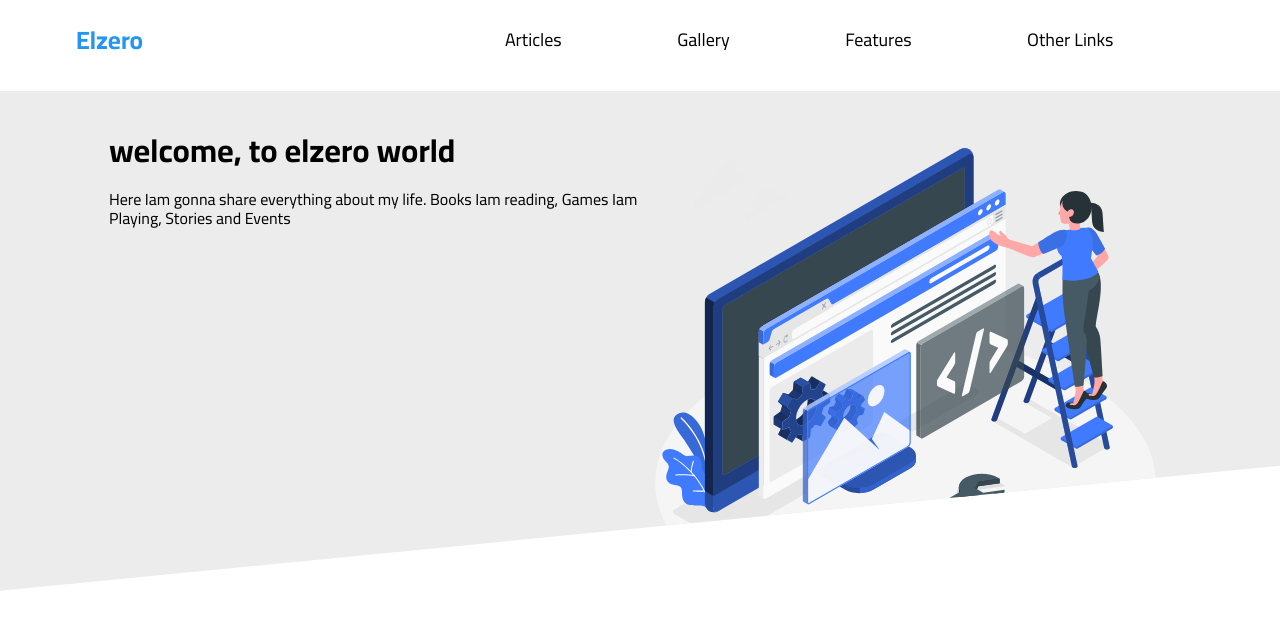
Repository: Toqa-25/elzeroAcdemey-Templete
Page: index.html
These files come from the project's save history. The page is drawn as it stood at one moment and after the next save; the edit follows.
The browser window is 1280 px wide. The pictures show the whole page.

Above is the page before, as saved 2022-01-16 21:21:30.

### index.html
<!DOCTYPE html>
<html lang="en">
<head>
    <meta charset="UTF-8">
    <meta http-equiv="X-UA-Compatible" content="IE=edge">
    <meta name="viewport" content="width=device-width, initial-scale=1.0">
    <!-- normalize file -->
    <link rel="stylesheet" href="css/normalize.css">
    <!-- css files -->
    <link rel="stylesheet" href="css/style.css">
    <!-- fontAwosem file -->
    <link rel="stylesheet" href="css/all.min.css">
     <!-- font files -->
     <link rel="preconnect" href="https://fonts.googleapis.com">
    <link rel="preconnect" href="https://fonts.gstatic.com" crossorigin>
    <link href="https://fonts.googleapis.com/css2?family=Cairo:wght@200;400;700;800;900&display=swap" rel="stylesheet">
    <!-- page title -->
    <title>templete 3</title>
</head>
<body>
    <!-- header section -->
    <header id="" class="">
        <div class="container">
            <div class="header-content">
                <div class="header-content-logo">
                    <a href="index.html" class="logo link-none">Elzero</a>
                </div>
                <nav>
                    <ul class="nav-list unlist">
                        <li class="nav-list-item"> <a href="" class="link-none  link-style" id="articles">articles</a></li>
                        <li class="nav-list-item"> <a href="" class="link-none  link-style" id="gallery">gallery</a></li>
                        <li class="nav-list-item"> <a href="" class="link-none  link-style" id="features">features</a></li>
                        <li class="nav-list-item" id="parent-other-links"> <a href="javascript:;" class="link-none  link-style " >other links</a>
                            <div class="other-links " id="child-other-links">
           <div class="other-links-content">
            <div class="other-links-content-img">
                <img src="images/header/Video files-amico.svg" alt="">
            </div>

            <ul class="other-links-list unlist">
            <div class="other-links-list-group-one">
              <li id="" class="other-links-list-item"><a href="" class="link-none  link-style "><i class="far fa-comments"></i> testimonials</a></li>
              <li id="" class="other-links-list-item"><a href="" class="link-none  link-style "><i class="far fa-user"></i> team member</a></li>
              <li id="" class="other-links-list-item"><a href="" class="link-none  link-style"><i class="far fa-building"></i> services</a></li>
              <li id="" class="other-links-list-item"><a href="" class="link-none  link-style"><i class="far fa-check-circle"></i> our skils</a></li>
              <li id="" class="other-links-list-item"><a href="" class="link-none  link-style"><i class="far fa-clipboard"></i> how it work</a></li>
            </div>
            <div class="other-links-list-group-one">
                <li id="" class="other-links-list-item"><a href="" class="link-none  link-style"><i class="far fa-calendar-alt"></i> events</a></li>
                <li id="" class="other-links-list-item"><a href="" class="link-none  link-style"><i class="fas fa-server"></i> pricing planes</a></li>
                <li id="" class="other-links-list-item"><a href="" class="link-none  link-style"><i class="far fa-play-circle"></i> top video</a></li>
                <li id="" class="other-links-list-item"><a href="" class="link-none  link-style"><i class="fas fa-chart-bar"></i> states</a></li>
                <li id="" class="other-links-list-item"><a href="" class="link-none  link-style"><i class="fas fa-percent"></i> request a discount</a></li>
            </div>
        </ul>
       </div>
       </div>
                        </li>

                    </ul>
                </nav>
            </div>
        </div>
    </header>
    <!-- welcom section -->
    <section id="welcome" class="welcome">
        <div class="container">
            <div class="welcome-content">
                <div class="welcome-content-info">
                    <h1 class="welcome-content-info-head">welcome, to elzero world</h1>
                    <div class="welcoome-content-info-text">Here Iam gonna share everything about my life. Books Iam reading, Games Iam Playing, Stories and Events</div>
                </div>
                <div class="welcome-content-img">
                    <img src="images/welcome/Website setup-amico.svg" alt="" srcset="">
                </div>
            </div>
        </div>

    </section>


       <script src="script.js">

       </script>
</body>
</html>

### css/style.css
 /*
  - container
  -section head

 */
 /* global style */
 :root{
     /* --main-color:#45B2F8; */
     --main-color:#2196F3;
     --s-background:#ececec54;
     --f-background:#ececec;
     --p-color:#D6ECEC;
 }

 *{
     box-sizing: border-box;
     margin: 0;
     padding: 0;
 }
html , body{
    width: 100%;
    height: 100%;
    margin: 0;
    padding: 0;
    overflow: hidden;
}
 body{
     font-family: "Cairo", sans-serif;
 }
 .container{
      width: 90%;
      margin:0 auto;
      /* padding: 15px 0; */
 }
 .link-none{
     text-decoration: none;
 }
 .unlist{
     list-style: none;
 }
 .link-style{
    font-size: 18px;
    text-transform: capitalize;
 }

 /* header style */
 header{
   margin-bottom: 10px;
 }
.header-content{
    display: flex;
    justify-content: space-between;
    align-items: center;
    padding: 10px 12px ;
    margin-bottom: 10px;
}
.logo{
    font-weight: bolder;
    font-size:25px;
    color:var(--main-color)
}

nav{
    width: 70%;
}
.nav-list{
    display: flex;
    justify-content: space-evenly;
    align-items: center;
}
.nav-list-item {
    cursor: pointer;
    color:#000;
    padding: 20px  25px;
    position: relative;
    transition: background-color .2s ;
    -webkit-transition: background-color .2s ;
    -moz-transition: background-color .2s ;
    -ms-transition: background-color .2s ;
    -o-transition: background-color .2s ;
}
.nav-list-item::before{
    content: "";
    height: 3px;
    width: 0;
    background-color: var(--main-color);
    position: absolute;
    top: 0px;
    left: 0;
    transition: width .6s;
    -webkit-transition: width .6s;
    -moz-transition: width .6s;
    -ms-transition: width .6s;
    -o-transition: width .6s;
}
.nav-list-item a{
        color:#000;
}

.nav-list-item:hover  {
    background-color: var(--s-background);
}
.nav-list-item:hover  a {
    color:var(--main-color);
}
.nav-list-item:hover::before{
        width: 100%;
}
#parent-other-links{
    position: relative;
}
#parent-other-links:hover #child-other-links{
    transform:translateY(20px) ;
    -webkit-transform:translateY(20px) ;
    -moz-transform:translateY(20px) ;
    -ms-transform:translateY(20px) ;
    -o-transform:translateY(20px) ;
}
/* media query for header*/
@media (max-width:767px){
    .header-content{
        flex-direction:column ;
        padding:5px 12px;
}
.header-content-logo{
    margin-bottom: 5px;
}
nav{
    width: 80%;
}
.nav-list-item{
    padding:17px 10px;
}
.nav-list-item a{
    font-size: 15px;
}
}
                       /*************************************/
/* style for other links */
.other-links{
 /*margin-top: 10px;
 */margin: 10 auto;
 transform: translatey(1000%);
 -webkit-transform: translatey(1000%);
 -moz-transform: translatey(1000%);
 -ms-transform: translatey(1000%);
 -o-transform: translatey(1000%);
 transition: transform .5s;
 -webkit-transition: transform .5s;
 -moz-transition: transform .5s;
 -ms-transition: transform .5s;
 -o-transition: transform .5s;
}
.other-links-content{
    display: flex;
    border-bottom: 4px solid var(--main-color);
    border-top: 2px solid var(--s-background);
}
.other-links-content-img{
    margin:auto;
}
.other-links-content-img img{
    width: 100%;
}
.other-links-list{
    width:55%;
    display: flex;
    justify-content: space-between;
    padding: 10px;
    align-items: center;
}
.other-links-list-group-one{
    width:45%
}
.other-links-list-item{
    padding: 15px ;
    border-bottom: 1px solid rgba(0, 0, 0, 0.337);
    position: relative;
    cursor: pointer;

}
.other-links-list-item:last-child{
    border:none;
}
.other-links-list-item::before{
    content:"";
    position: absolute;
    top: 0;
    left: 0;
    height: 100%;
    width: 0%;
    background-color: var(--s-background);
    transition:width .5s;
    -webkit-transition:width .5s;
    -moz-transition:width .5s;
    -ms-transition:width .5s;
    -o-transition:width .5s;
}
.other-links-list-item:hover::before{
    width: 100%;
}
.other-links-list-item a{
    font-weight: bold;
    color:var(--main-color)
}
.other-links-list-item > a > i{
 margin-right: 10px;
}
.other{
    transform: translatey(20px);
    -webkit-transform: translatey(20px);
    -moz-transform: translatey(20px);
    -ms-transform: translatey(20px);
    -o-transform: translatey(20px);
}
#child-other-links{
    width:85vw;
    position: absolute;
    right: 5px;
    /* background-color: violet; */
}
@media(max-width:991px){
    #child-other-links{
     width:87vw;
    }
     .other-links-content-img{
        display: none;
    }
    .other-links-list{
        width: 100%;
    }
}
@media(max-width:767px){
    #child-other-links{
        width:100vw;
        margin-right: -166px;
    }
     .other-links-list{
        flex-direction: column;
    }
        .other-links-list-group-one{
    width:100%;
}
.other-links-list-item:last-child{
    border-bottom: 1px solid rgba(0, 0, 0, 0.337);
}
 .other-links-list-item a{
     font-size: 18px;
 }
}
/********************************************************************************************/
/* style for other welcome section */

.welcome{
    /* background-color: var(--s-background);
    clip-path: polygon(0 0, 100% 0, 100% 35%, 0 70%);
    margin-bottom: 500px; */
    /* background-color: var(--s-background);
    clip-path: polygon(0 0, 100% 0, 100% 35%, 0 70%);
    margin-bottom: 500px; */
   background-color: var(--f-background);
    clip-path: polygon(0 0, 100% 0, 100% 75%, 0 100%);
    margin-bottom: 500px;
    padding: 20px 50px;
    height: 500px;
}

.welcome-content{
    display: flex;
}
.welcome-content-info{
    width:50%
}
.welcome-content-img{
    width:50%
}
.welcome-content-img img{
    width:100%
}

### script.js
let otherParent = document.getElementById("parent-other-links");
let otherChild = document.getElementById("child-other-links");
otherParent.onclick = function () {
  otherChild.classList.toggle("other");
};

Loaded but not shown: css/normalize.css (library); css/all.min.css (library)

After the next save:
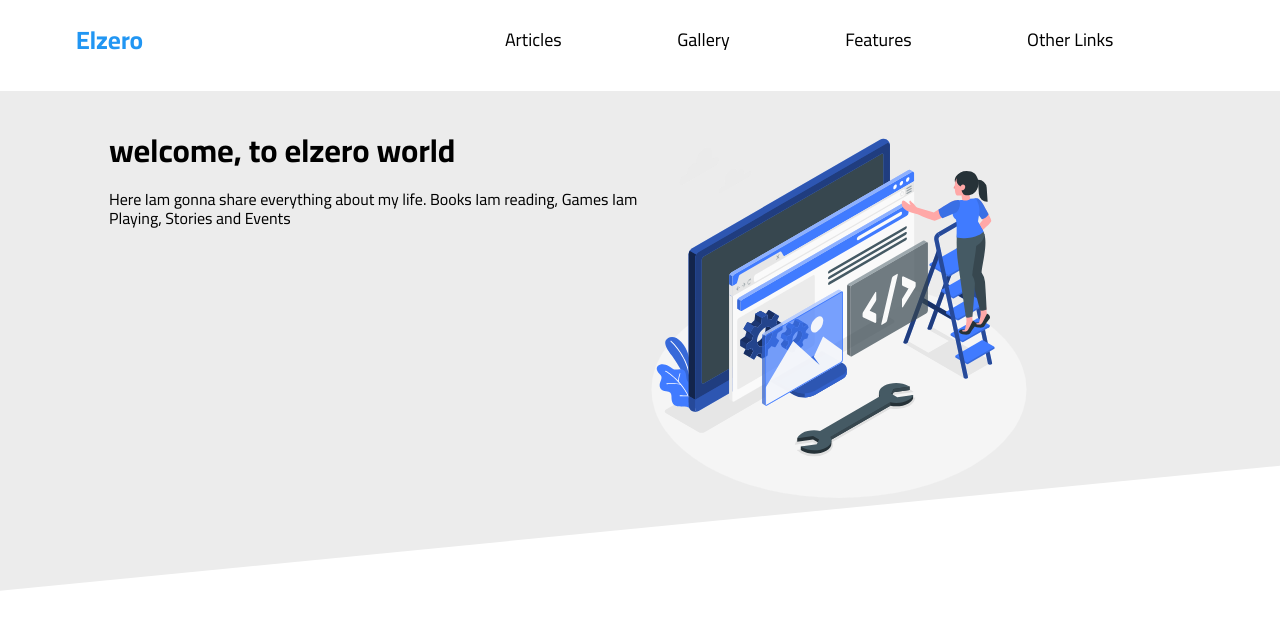
Saved 3 min 53 s later.
--- a/css/style.css
+++ b/css/style.css
@@ -275,5 +275,5 @@ nav{
     width:50%
 }
 .welcome-content-img img{
-    width:100%
-}
+    width:75%
+}
